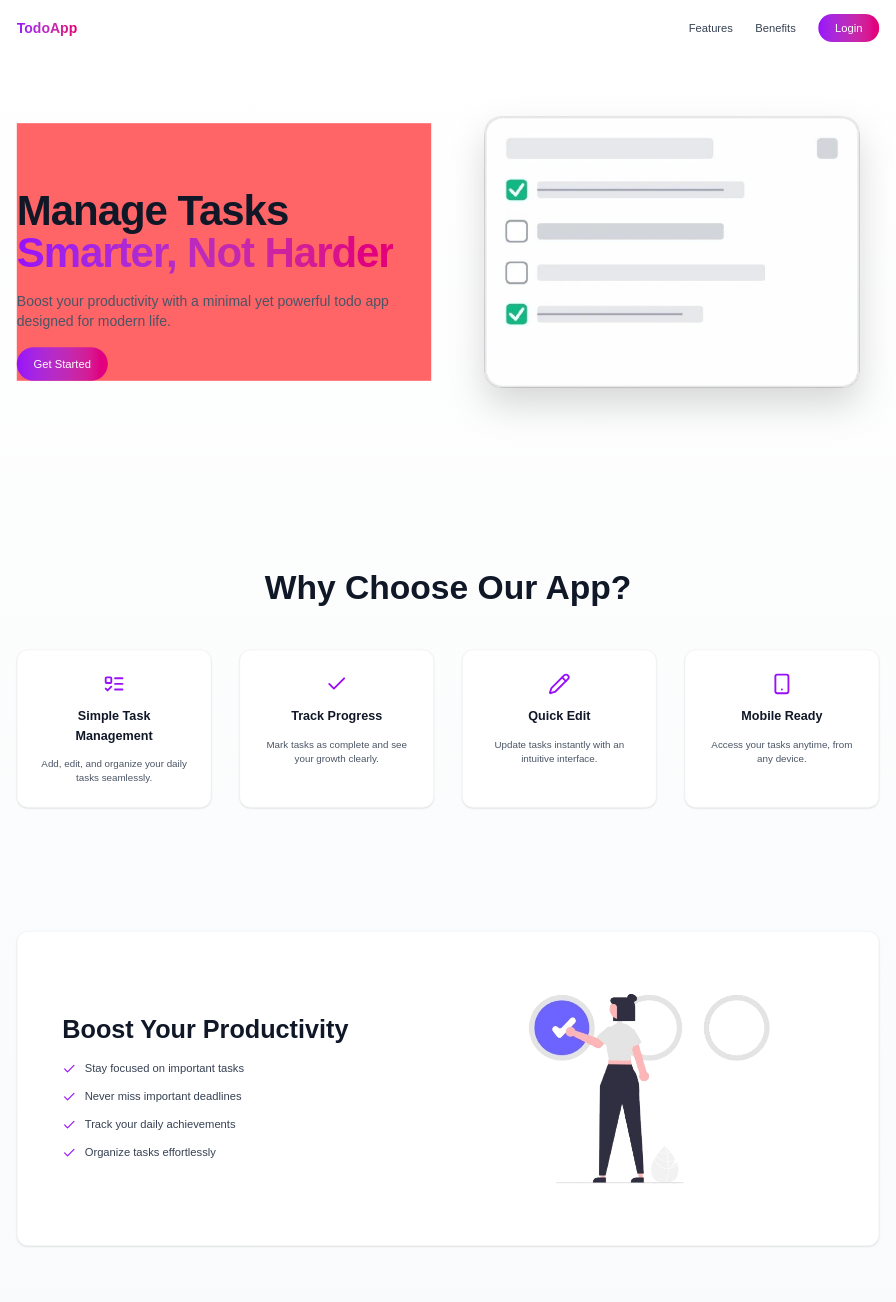
Repository: feldafauzan20/todo-app
Page: /
The author's editor kept a copy of each file at every save. The page is drawn from the files as they stood at one save, then again after the next save.
The browser window is 1280 px wide. The pictures show the whole page, at 70% of full size.
The project was rebuilt for these pictures with package versions that can differ from the ones it lists, and the page was loaded fresh each time. The framework's server and built-in components were replaced by stand-ins that run in the browser. Also part of the build but not shown: next.config.ts.

Above is the page before, as saved 2025-09-25 23:54:04.

### src/app/layout.tsx
import type { Metadata } from "next";
import { Geist, Geist_Mono } from "next/font/google";
import "./globals.css";
import { Toaster } from "react-hot-toast";

const geistSans = Geist({
  variable: "--font-geist-sans",
  subsets: ["latin"],
});

const geistMono = Geist_Mono({
  variable: "--font-geist-mono",
  subsets: ["latin"],
});

export const metadata: Metadata = {
  title: "To Do App",
  description:
    "A modern task management app built with Next.js, TypeScript, and Tailwind CSS to help organize daily activities with a clean pastel design.",
  keywords: [
    "Next.js",
    "TypeScript",
    "Tailwind CSS",
    "To-Do App",
    "Task Manager",
    "Productivity",
  ],
  authors: [{ name: "Fauzan", url: "https://github.com/feldafauzan20" }],
  openGraph: {
    title: "To Do App",
    description: "A modern to-do list app, built with Next.js and TypeScript.",
    url: "https://your-todo-app.vercel.app", // ganti dengan link deploy kamu
    siteName: "To Do App",
    images: [
      {
        url: "https://your-todo-app.vercel.app/og-image.png", // nanti bisa bikin cover image custom
        width: 1200,
        height: 630,
        alt: "To Do App Preview",
      },
    ],
    locale: "en_US",
    type: "website",
  },
  twitter: {
    card: "summary_large_image",
    title: "To Do App",
    description:
      "A clean and playful to-do list app with Next.js, TypeScript, and Tailwind CSS.",
    images: ["https://your-todo-app.vercel.app/og-image.png"], // sama kayak OG image
    creator: "@yourtwitter", // opsional
  },
  icons: {
    icon: [
      { url: "/favicon.ico", sizes: "any" },
      { url: "/favicon.ico", sizes: "32x32", type: "image/x-icon" },
      { url: "/favicon.ico", sizes: "16x16", type: "image/x-icon" },
    ],
    shortcut: "/favicon.ico",
    apple: "/favicon.ico",
  },
};

export default function RootLayout({
  children,
}: Readonly<{
  children: React.ReactNode;
}>) {
  return (
    <html lang="en">
      <head>
        <link rel="icon" href="/favicon.ico" sizes="any" />
        <link
          rel="icon"
          href="/favicon.ico"
          sizes="32x32"
          type="image/x-icon"
        />
        <link
          rel="icon"
          href="/favicon.ico"
          sizes="16x16"
          type="image/x-icon"
        />
        <link rel="shortcut icon" href="/favicon.ico" />
        <link rel="apple-touch-icon" href="/favicon.ico" />
      </head>
      <body
        className={`${geistSans.variable} ${geistMono.variable} antialiased`}
      >
        {children}
        <Toaster position="top-right" />
      </body>
    </html>
  );
}

### src/app/page.tsx
"use client";

import { useRouter } from "next/navigation";
import Image from "next/image";
import { LuCheck, LuPencil, LuListTodo, LuSmartphone } from "react-icons/lu";
import { motion, Variants } from "framer-motion";
import Navbar from "@/components/Navbar";

// Scroll animation
const scrollVariants: Variants = {
  hidden: { opacity: 0, y: 30 },
  visible: (i: number = 0) => ({
    opacity: 1,
    y: 0,
    transition: { duration: 0.6, delay: i * 0.15, ease: "easeOut" },
  }),
};

export default function LandingPage() {
  const router = useRouter();

  const features = [
    {
      icon: <LuListTodo className="w-8 h-8" />,
      title: "Simple Task Management",
      description: "Add, edit, and organize your daily tasks seamlessly.",
    },
    {
      icon: <LuCheck className="w-8 h-8" />,
      title: "Track Progress",
      description: "Mark tasks as complete and see your growth clearly.",
    },
    {
      icon: <LuPencil className="w-8 h-8" />,
      title: "Quick Edit",
      description: "Update tasks instantly with an intuitive interface.",
    },
    {
      icon: <LuSmartphone className="w-8 h-8" />,
      title: "Mobile Ready",
      description: "Access your tasks anytime, from any device.",
    },
  ];

  return (
    <div className="min-h-screen bg-gradient-to-b from-white to-gray-50 text-gray-900">
      <Navbar />
      {/* Hero Section */}
      <section className="relative min-h-screen flex items-center px-6">
        {/* Soft background accent */}
        <div className="absolute inset-0 -z-10 overflow-hidden">
          <motion.div
            initial={{ opacity: 0, scale: 0.9 }}
            animate={{ opacity: 0.3, scale: 1 }}
            transition={{ duration: 2 }}
            className="absolute top-[-10%] left-[-10%] w-[500px] h-[500px] rounded-full bg-purple-300 blur-3xl"
          />
          <motion.div
            initial={{ opacity: 0, scale: 0.9 }}
            animate={{ opacity: 0.3, scale: 1 }}
            transition={{ duration: 2, delay: 0.3 }}
            className="absolute bottom-[-10%] right-[-10%] w-[500px] h-[500px] rounded-full bg-pink-300 blur-3xl"
          />
        </div>

        <div className="container mx-auto grid md:grid-cols-2 gap-12 items-center">
          {/* Hero Content */}
          <div className="text-center md:text-left bg-red-400 pt-24 space-y-6">
            <motion.h1
              initial="hidden"
              animate="visible"
              variants={scrollVariants}
              className="text-5xl md:text-6xl font-bold tracking-tight max-w-2xl"
            >
              Manage Tasks{" "}
              <span className="bg-gradient-to-r from-purple-600 to-pink-600 bg-clip-text text-transparent">
                Smarter, Not Harder
              </span>
            </motion.h1>

            <motion.p
              variants={scrollVariants}
              initial="hidden"
              animate="visible"
              custom={1}
              className="text-lg md:text-xl text-gray-600 max-w-xl"
            >
              Boost your productivity with a minimal yet powerful todo app
              designed for modern life.
            </motion.p>

            <motion.div
              variants={scrollVariants}
              initial="hidden"
              animate="visible"
              custom={2}
              className="flex gap-4 justify-center md:justify-start"
            >
              <button
                onClick={() => router.push("/login")}
                className="px-6 py-3 rounded-full bg-gradient-to-r from-purple-600 to-pink-600 text-white font-medium hover:opacity-90 transition hover:cursor-pointer"
              >
                Get Started
              </button>
            </motion.div>
          </div>

          {/* Hero Mockup */}
          <motion.div
            variants={scrollVariants}
            initial="hidden"
            animate="visible"
            custom={3}
            className="relative h-[400px] md:h-[500px] flex justify-center"
          >
            <Image
              src="/assets/illustrations/mockup-hero.webp" // ganti dengan asset mockup kamu
              alt="App Mockup"
              fill
              priority
              sizes="(max-width: 768px) 100vw,
         (max-width: 1200px) 50vw,
         33vw"
              className="object-contain drop-shadow-2xl"
            />
          </motion.div>
        </div>
      </section>

      {/* Features Section */}
      <section
        id="features"
        className="container mx-auto px-6 py-24 text-center scroll-mt-20"
      >
        <h2 className="text-4xl md:text-5xl font-bold mb-16">
          Why Choose Our App?
        </h2>
        <div className="grid grid-cols-1 md:grid-cols-2 lg:grid-cols-4 gap-10">
          {features.map((feature, index) => (
            <motion.div
              key={index}
              variants={scrollVariants}
              initial="hidden"
              whileInView="visible"
              viewport={{ once: true }}
              custom={index}
              className="p-8 rounded-2xl bg-white shadow-sm border border-gray-100 hover:shadow-md transition"
            >
              <div className="flex flex-col items-center space-y-4">
                <div className="text-purple-600">{feature.icon}</div>
                <h3 className="text-lg font-semibold">{feature.title}</h3>
                <p className="text-gray-600 text-sm">{feature.description}</p>
              </div>
            </motion.div>
          ))}
        </div>
      </section>

      {/* Benefits Section */}
      <section
        id="benefits"
        className="container mx-auto px-6 py-20 scroll-mt-20"
      >
        <motion.div
          variants={scrollVariants}
          initial="hidden"
          whileInView="visible"
          viewport={{ once: true }}
          className="rounded-2xl bg-white shadow-sm border border-gray-100 p-10 md:p-16"
        >
          <div className="grid md:grid-cols-2 gap-12 items-center">
            <div className="space-y-6">
              <h2 className="text-3xl md:text-4xl font-bold">
                Boost Your Productivity
              </h2>
              <ul className="space-y-4 text-left">
                {[
                  "Stay focused on important tasks",
                  "Never miss important deadlines",
                  "Track your daily achievements",
                  "Organize tasks effortlessly",
                ].map((text, i) => (
                  <li key={i} className="flex items-center space-x-3">
                    <LuCheck className="w-5 h-5 text-purple-600" />
                    <span className="text-gray-700">{text}</span>
                  </li>
                ))}
              </ul>
            </div>
            <div className="relative h-64 md:h-80">
              <Image
                src="/assets/illustrations/check-image-landing.webp"
                alt="Productivity Illustration"
                fill
                sizes="(max-width: 768px) 100vw,
         (max-width: 1200px) 50vw,
         33vw"
                priority
                className="object-contain"
              />
            </div>
          </div>
        </motion.div>
      </section>
    </div>
  );
}

### src/app/globals.css
@import "tailwindcss";

:root {
  --background: #ffffff;
  --foreground: #171717;
}

@theme inline {
  --color-background: var(--background);
  --color-foreground: var(--foreground);
  --font-sans: var(--font-geist-sans);
  --font-mono: var(--font-geist-mono);
}

@media (prefers-color-scheme: dark) {
  :root {
    --background: #0a0a0a;
    --foreground: #ededed;
  }
}

body {
  background: var(--background);
  color: var(--foreground);
  font-family: Arial, Helvetica, sans-serif;
}

html {
  scroll-behavior: smooth;
}

### src/components/Navbar.tsx
"use client";

import { useState, useEffect } from "react";
import { useRouter } from "next/navigation";
import { motion } from "framer-motion";

export default function Navbar() {
  const router = useRouter();
  const [scrolled, setScrolled] = useState(false);
  const [isOpen, setIsOpen] = useState(false);

  // Handle scroll effect
  useEffect(() => {
    const handleScroll = () => {
      setScrolled(window.scrollY > 20);
    };

    window.addEventListener("scroll", handleScroll);
    return () => window.removeEventListener("scroll", handleScroll);
  }, []);

  // Updated scroll handler with offset
  const handleScrollTo = (id: string) => {
    setIsOpen(false);
    setTimeout(() => {
      const element = document.getElementById(id);
      if (element) {
        const headerOffset = 80;
        const elementPosition = element.getBoundingClientRect().top;
        const offsetPosition =
          elementPosition + window.pageYOffset - headerOffset;

        window.scrollTo({
          top: offsetPosition,
          behavior: "smooth",
        });
      }
    }, 100);
  };

  return (
    <motion.nav
      initial={{ y: -100 }}
      animate={{ y: 0 }}
      className={`fixed top-0 left-0 right-0 z-50 transition-all duration-300 ${
        scrolled ? "bg-white/80 backdrop-blur-md shadow-sm" : "bg-white"
      }`}
    >
      <div className="container mx-auto px-6">
        <div className="flex items-center justify-between h-16 md:h-20">
          {/* Logo */}
          <div className="flex items-center space-x-2">
            <span className="text-xl font-bold bg-gradient-to-r from-purple-600 to-pink-600 bg-clip-text text-transparent">
              TodoApp
            </span>
          </div>

          {/* Hamburger Menu Button */}
          <button
            onClick={() => setIsOpen(!isOpen)}
            className="md:hidden p-2 focus:outline-none"
            aria-label="Toggle menu"
          >
            <div className="w-6 h-6 flex flex-col justify-around">
              <span
                className={`block h-0.5 w-full bg-gray-600 transform transition-all duration-300 ${
                  isOpen ? "rotate-45 translate-y-2.5" : ""
                }`}
              />
              <span
                className={`block h-0.5 w-full bg-gray-600 transition-all duration-300 ${
                  isOpen ? "opacity-0" : ""
                }`}
              />
              <span
                className={`block h-0.5 w-full bg-gray-600 transform transition-all duration-300 ${
                  isOpen ? "-rotate-45 -translate-y-2.5" : ""
                }`}
              />
            </div>
          </button>

          {/* Desktop Navigation Links */}
          <div className="hidden md:flex items-center space-x-8">
            <button
              onClick={() => handleScrollTo("features")}
              className="text-gray-700 hover:text-purple-600 hover:cursor-pointer transition"
            >
              Features
            </button>
            <button
              onClick={() => handleScrollTo("benefits")}
              className="text-gray-700 hover:text-purple-600 hover:cursor-pointer transition"
            >
              Benefits
            </button>
            <button
              onClick={() => router.push("/login")}
              className="px-6 py-2 rounded-full bg-gradient-to-r from-purple-600 to-pink-600 text-white font-medium hover:opacity-90 transition hover:cursor-pointer"
            >
              Login
            </button>
          </div>
        </div>

        {/* Mobile Menu */}
        <motion.div
          initial="closed"
          animate={isOpen ? "open" : "closed"}
          variants={{
            open: { opacity: 1, height: "auto" },
            closed: { opacity: 0, height: 0 },
          }}
          transition={{ duration: 0.3 }}
          className={`md:hidden overflow-hidden ${
            scrolled ? "bg-white/80 backdrop-blur-md" : "bg-white/90"
          }`}
        >
          <div className="px-4 py-3 space-y-4">
            <button
              onClick={() => handleScrollTo("features")}
              className="block w-full text-left text-gray-700 hover:text-purple-600 transition py-2"
            >
              Features
            </button>
            <button
              onClick={() => handleScrollTo("benefits")}
              className="block w-full text-left text-gray-700 hover:text-purple-600 transition py-2"
            >
              Benefits
            </button>
            <button
              onClick={() => {
                setIsOpen(false);
                router.push("/login");
              }}
              className="w-full px-6 py-2 rounded-full bg-gradient-to-r from-purple-600 to-pink-600 text-white font-medium hover:opacity-90 transition"
            >
              Login
            </button>
          </div>
        </motion.div>
      </div>
    </motion.nav>
  );
}

After the next save:
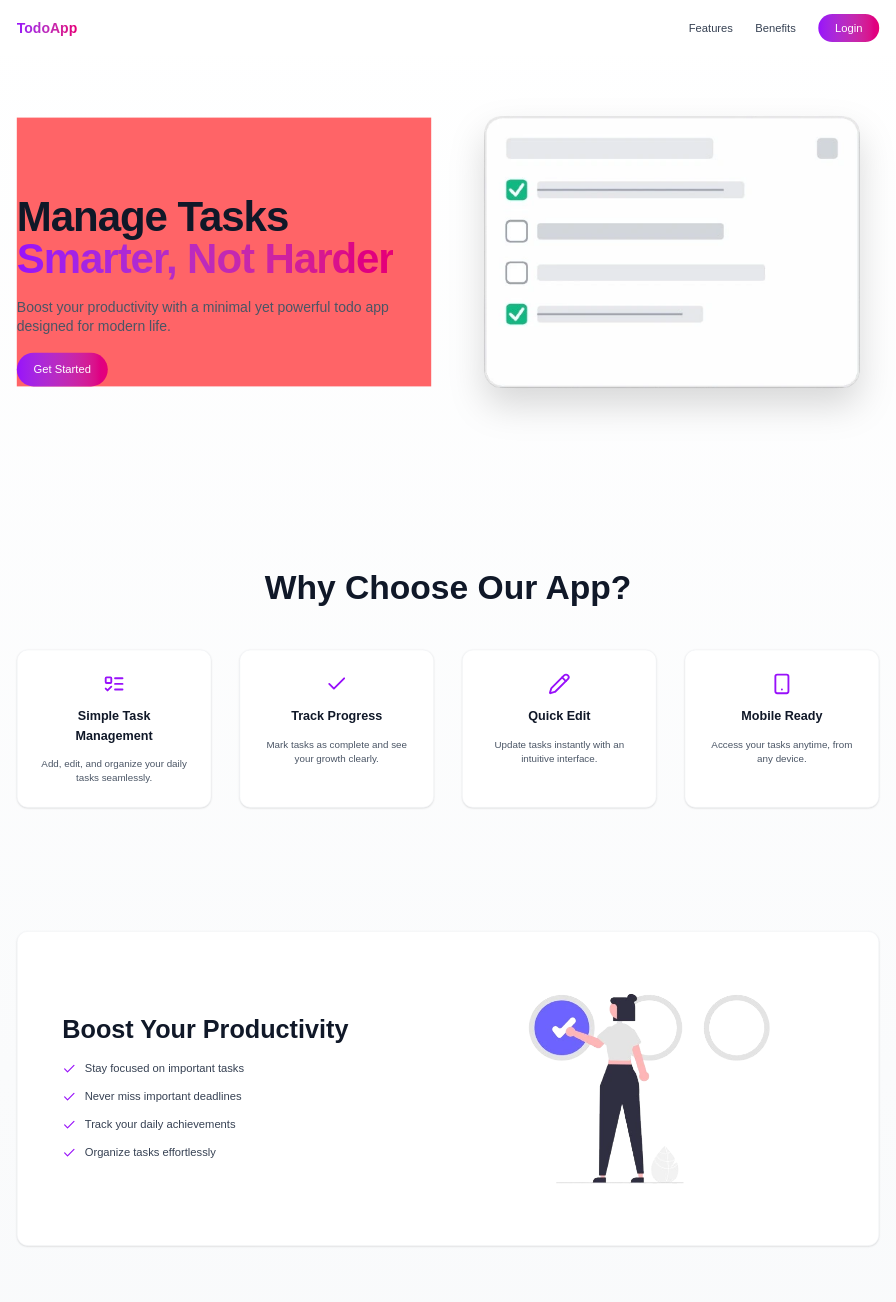
Saved 5 s later.
--- a/src/app/page.tsx
+++ b/src/app/page.tsx
@@ -65,7 +65,7 @@ export default function LandingPage() {
 
         <div className="container mx-auto grid md:grid-cols-2 gap-12 items-center">
           {/* Hero Content */}
-          <div className="text-center md:text-left bg-red-400 pt-24 space-y-6">
+          <div className="text-center md:text-left bg-red-400 pt-28 space-y-6">
             <motion.h1
               initial="hidden"
               animate="visible"
